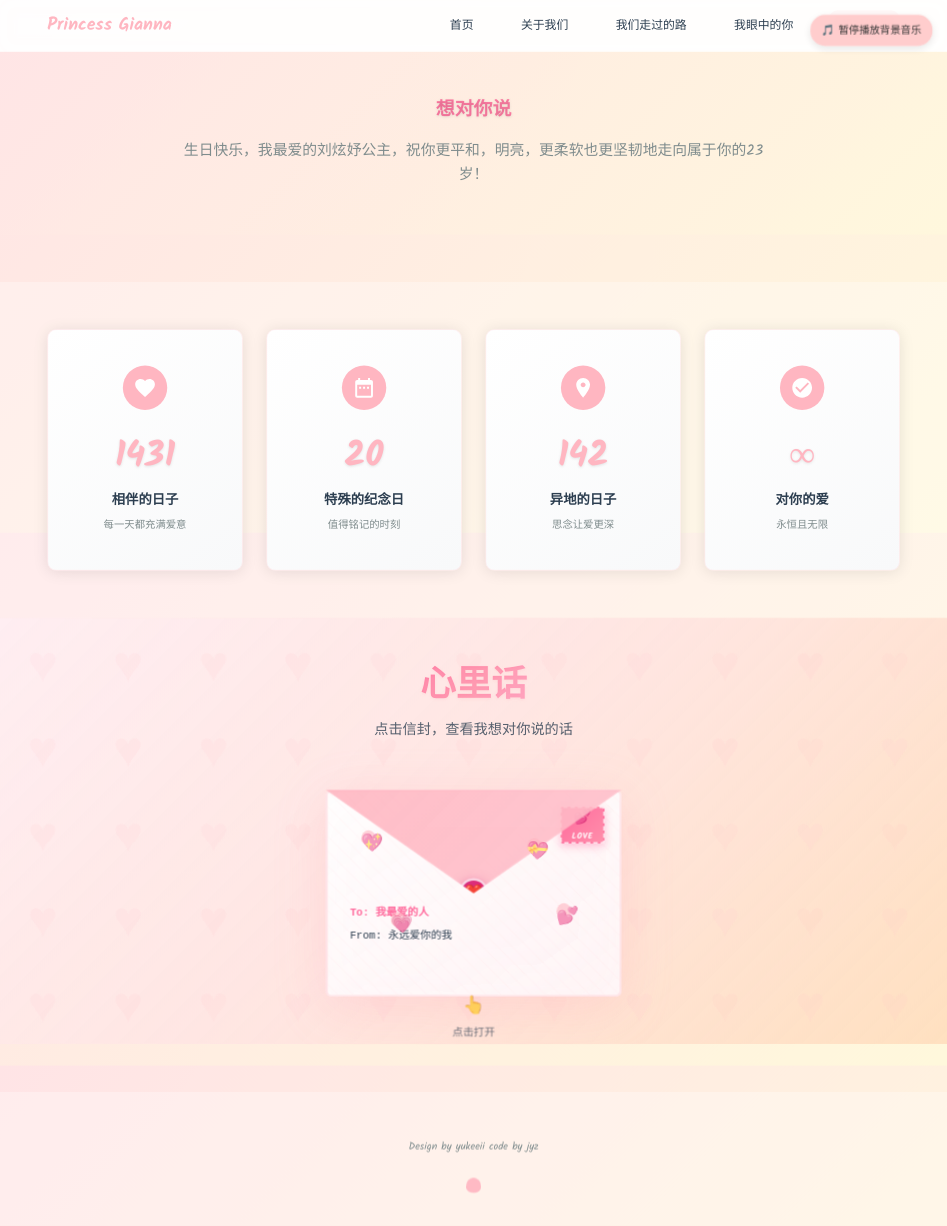
Repository: PrincessGianna/PrincessGianna.github.io
Page: pages/message.html
An editor plug-in stored every save of this project. The page is shown before and after the next save, followed by the edit.
The browser window is 1280 px wide. The pictures show the whole page, at 74% of full size.
Backgrounds fixed to the window are drawn as part of the page. Some web fonts or font styles are not loaded; a fallback is used.

Above is the page before, as saved 2025-09-28 14:11:43.

After the next save:
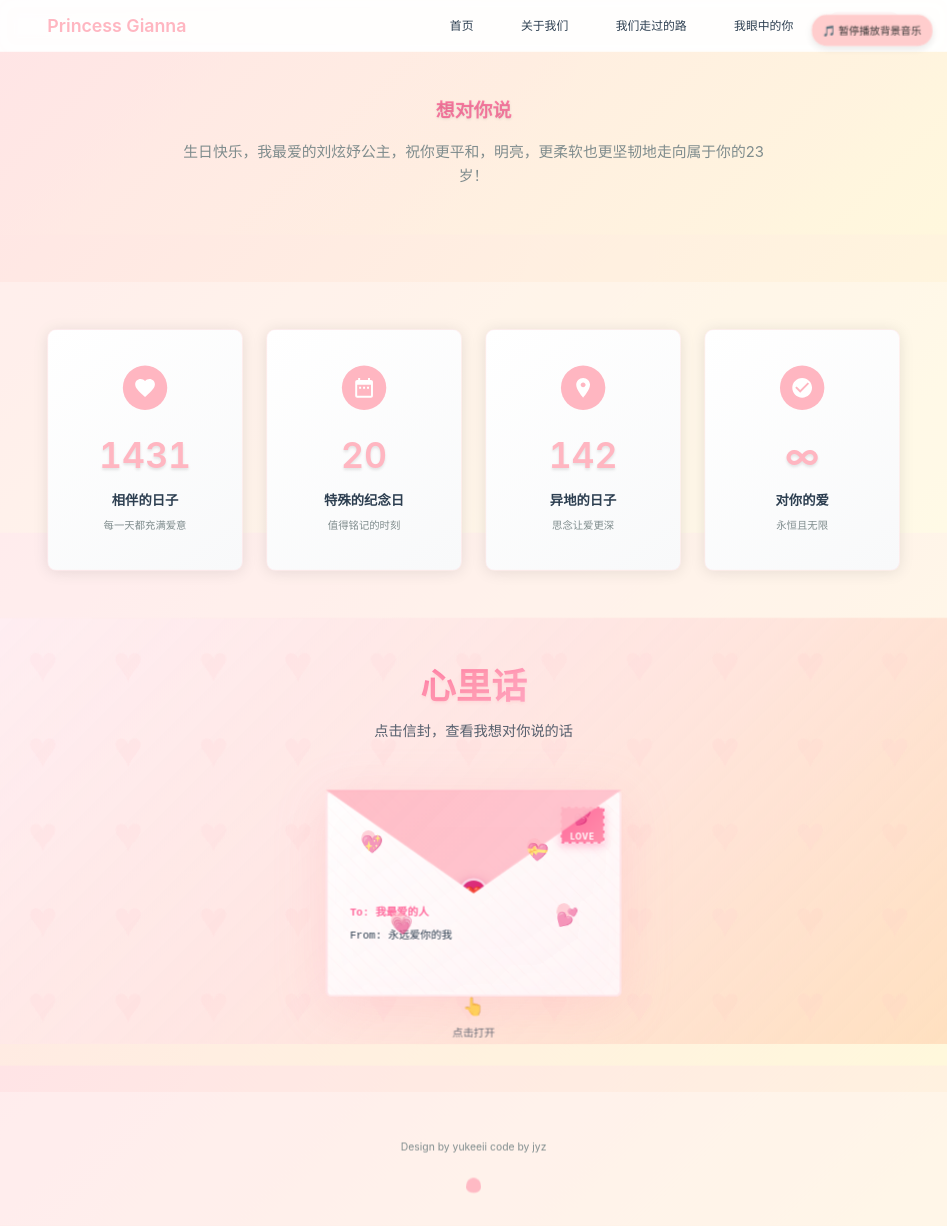
Saved 21 s later.
--- a/css/style.css
+++ b/css/style.css
@@ -32,7 +32,7 @@
   --radius-large: 16px;
 
   /* 字体 */
-  --font-family: "Kalam", "Ma Shan Zheng", cursive, serif;
+  --font-family: -apple-system, BlinkMacSystemFont, "Segoe UI", Roboto, "Helvetica Neue", Arial, "Noto Sans", sans-serif, "Apple Color Emoji", "Segoe UI Emoji", "Segoe UI Symbol", "Noto Color Emoji";
   --font-weight-normal: 400;
   --font-weight-medium: 500;
   --font-weight-semibold: 600;
